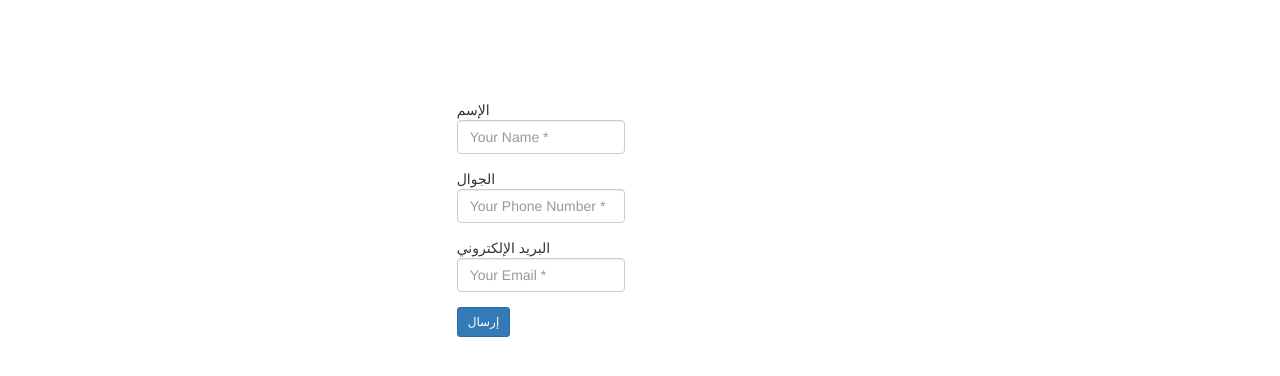
Repository: Abdaljawad-Aya/Itbeep-task
Page: http://localhost/form-user
These files come from the project's save history. The page is drawn as it stood at one moment and after the next save; the edit follows.
The browser window is 1280 px wide. The pictures show the whole page.
The page is served by the project's Laravel application, run on PHP 8.4 with Laravel 8. Other server files are loaded and not shown.

Above is the page before, as saved 2021-03-07 17:18:02.

### singlePageApp/routes/web.php
<?php

use Illuminate\Support\Facades\Route;

/*
|--------------------------------------------------------------------------
| Web Routes
|--------------------------------------------------------------------------
|
| Here is where you can register web routes for your application. These
| routes are loaded by the RouteServiceProvider within a group which
| contains the "web" middleware group. Now create something great!
|
*/

Route::get('/', function () {
    return view('welcome');
});

Route::get('form-user', 'formController@form');
Route::post('form-user', ['as' => 'users.store', 'uses' => 'formController@formSaveData']);

### singlePageApp/app/Http/Controllers/formController.php
<?php

namespace App\Http\Controllers;

use Illuminate\Support\Facades\Mail;

use Illuminate\Http\Request;
use App\Mail\formUser;
use App\form;

class formController extends Controller
{
    /**
     * Show the application
     *
     * @return \Illuminatey\Http\Response
     */

    public function form()
    {
        return view('form-user');
    }

    /**
     * Show the application
     *
     * @return \Illuminatey\Http\Response
     */

    public function formSaveData(Request $request)

    {
        $this->validate($request, [
            'name'   => 'required',
            'email'  => 'required|email',
            'mobile' => 'required',
        ]);

        form::create($request->all());
        Mail::send(
            'form-user',
            array(
                'name'   => $request->get('name'),
                'mobile' => $request->get('mobile'),
                'email'  => $request->get('email'),
            ),
            function ($message) use ($request) {
                $message->from('abdaljawad.ayah94@gmail.com');
                $message->to($request->email, 'Admin')->subject($request->get('subject'));
            }
        );
        return back()->with('success', 'Thanks for contact us!');
    }
}

### singlePageApp/resources/views/form-user.blade.php
<!DOCTYPE html>
<html lang="en">
<head>
    <meta charset="UTF-8">
    <meta name="viewport" content="width=device-width, initial-scale=1.0">
    <meta http-equiv="X-UA-Compatible" content="ie=edge">
    <link rel="stylesheet" href="https://maxcdn.bootstrapcdn.com/bootstrap/3.4.1/css/bootstrap.min.css">

    <script src="https://ajax.googleapis.com/ajax/libs/jquery/3.5.1/jquery.min.js"></script>

    <script src="https://maxcdn.bootstrapcdn.com/bootstrap/3.4.1/js/bootstrap.min.js"></script>
    <link rel="stylesheet" href="../views/css/style.css">
    <title>Form</title>
</head>
<body>
   <div class="container contact-form col-md-4 col-md-offset-4" style="margin-top:100px;">
     @if (session('status'))
       <div class="alert alert-success">
           {{ session('status')}}
       </div>
    @endif
    @if (session('warning'))
    <div class="alert alert-warning">
        {{session('warning')}}
    </div>
    @endif

    <form method="POST" action ="{{ route('users.store')}}">
     {{ csrf_field()}}

     <div class="col-md-6">

        {{-- NAME --}}
         <div class="form-group {{ $errors->has('name') ? ' has-error' : '' }}">
                الإسم
            <input type="text" name="name" class="form-control" placeholder="Your Name *" required/>
             @if ($errors->has('name'))
                 <span class="help-block">
                     <strong>
                         {{ $errors->first('name')}}
                     </strong>
                 </span>
             @endif
         </div>


        {{-- MOBILE --}}

        <div class="form-group" {{$errors->has('mobile') ? 'has-error' : ''}}>
            الجوال
         <input type="text" name="mobile" class="form-control" placeholder="Your Phone Number *" required/>

         @if ($errors->has('mobile'))
             <span class="help-block">
                 <strong>
                     {{ $errors->first('mobile')}}
                 </strong>
             </span>
         @endif
        </div>
         {{-- EMAIL --}}
         <div class="form-group" {{$errors->has('email') ? 'has-error' : ''}}>
            البريد الإلكتروني
          <input type="email" name="email" class="form-control" placeholder="Your Email *" required />

            @if ($errors->has('email'))
            <span class="help-block">
                <strong>
                    {{ $errors->first('email')}}
                </strong>
            </span>
            @endif
        </div>

        <div class="form-group">

            <input type="submit" name="btnSubmit" class="btn btn-primary btn-square btn-sm" value="إرسال">
        </div>
     </div>
    </form>
</div>
</body>
</html>

Loaded but not shown: singlePageApp/app/Http/Controllers/Controller.php (common file)

After the next save:
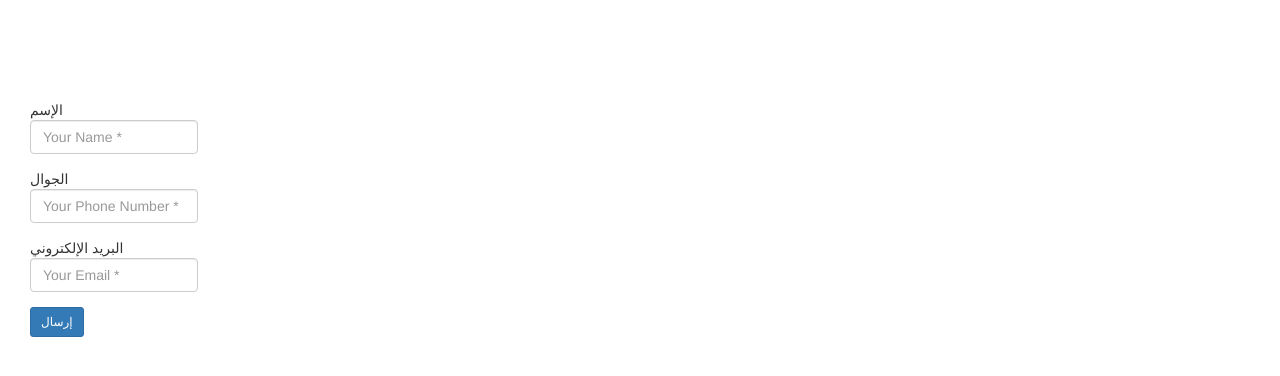
Saved 23 s later.
--- a/singlePageApp/resources/views/form-user.blade.php
+++ b/singlePageApp/resources/views/form-user.blade.php
@@ -13,7 +13,7 @@
     <title>Form</title>
 </head>
 <body>
-   <div class="container contact-form col-md-4 col-md-offset-4" style="margin-top:100px;">
+   <div class="container contact-form col-md-4 col-md-4" style="margin-top:100px;">
      @if (session('status'))
        <div class="alert alert-success">
            {{ session('status')}}

After the save that followed:
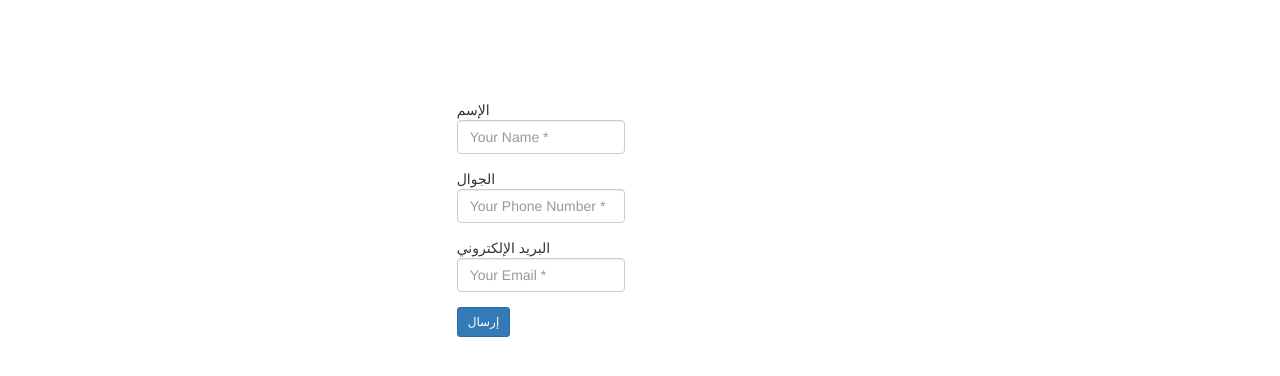
Saved 8 s later.
--- a/singlePageApp/resources/views/form-user.blade.php
+++ b/singlePageApp/resources/views/form-user.blade.php
@@ -13,7 +13,7 @@
     <title>Form</title>
 </head>
 <body>
-   <div class="container contact-form col-md-4 col-md-4" style="margin-top:100px;">
+   <div class="container contact-form col-md-4 col-md-offset-4" style="margin-top:100px;">
      @if (session('status'))
        <div class="alert alert-success">
            {{ session('status')}}
